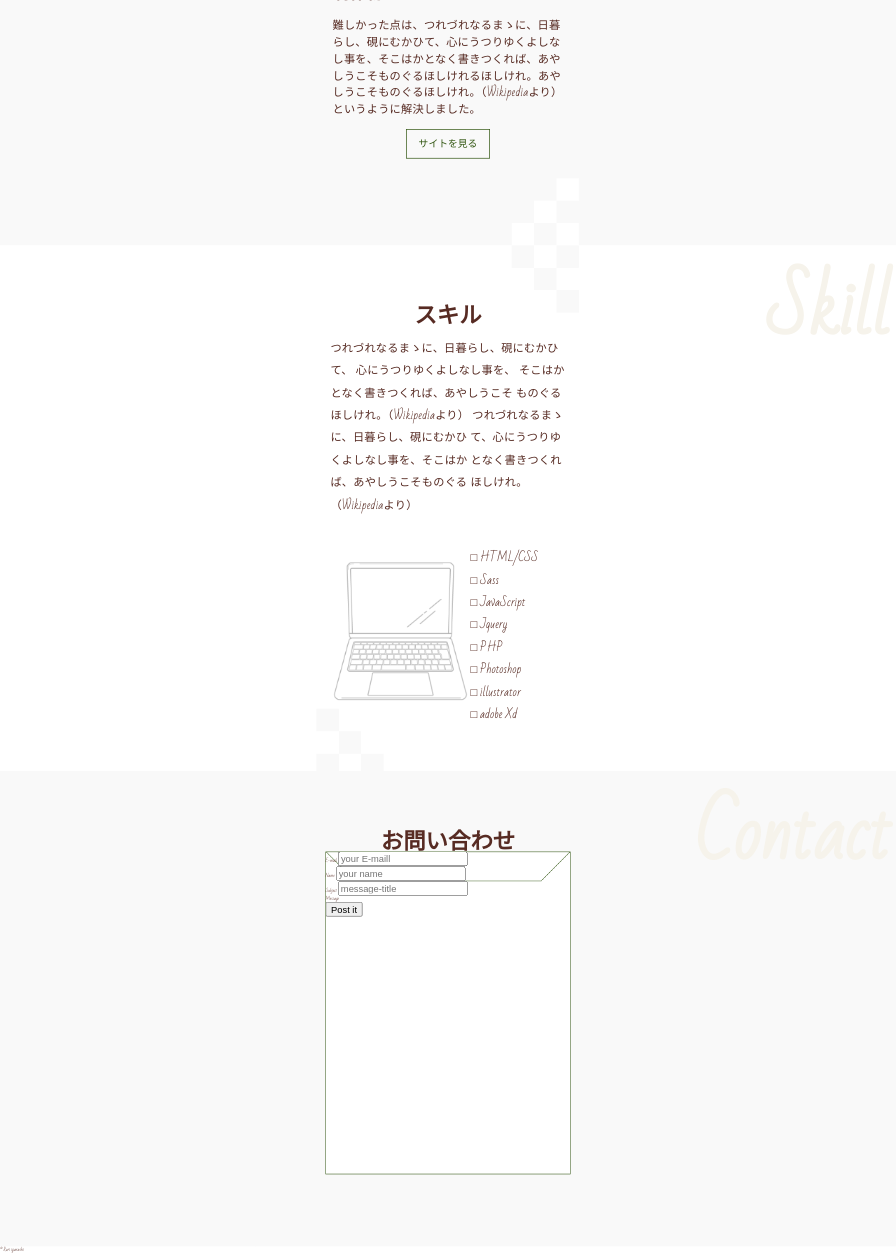
Repository: ppmp556/igarashi.kakuu
Page: index.html
These files come from the project's save history. The page is drawn as it stood at one moment and after the next save; the edit follows.
The browser window is 1280 px wide. The pictures show the part of the page from y = 3391 to 5311 px (the page is 5181 px tall before and 5311 px after), at 70% of full size.
Some web libraries are served in a nearby version. The style sheet was rebuilt from its Sass, Less or Tailwind sources for each picture, by a compiler version that may differ from the author's.

Above is the page before, as saved 2020-10-28 10:25:04.
Console error: ReferenceError: $ is not defined

After the next save:
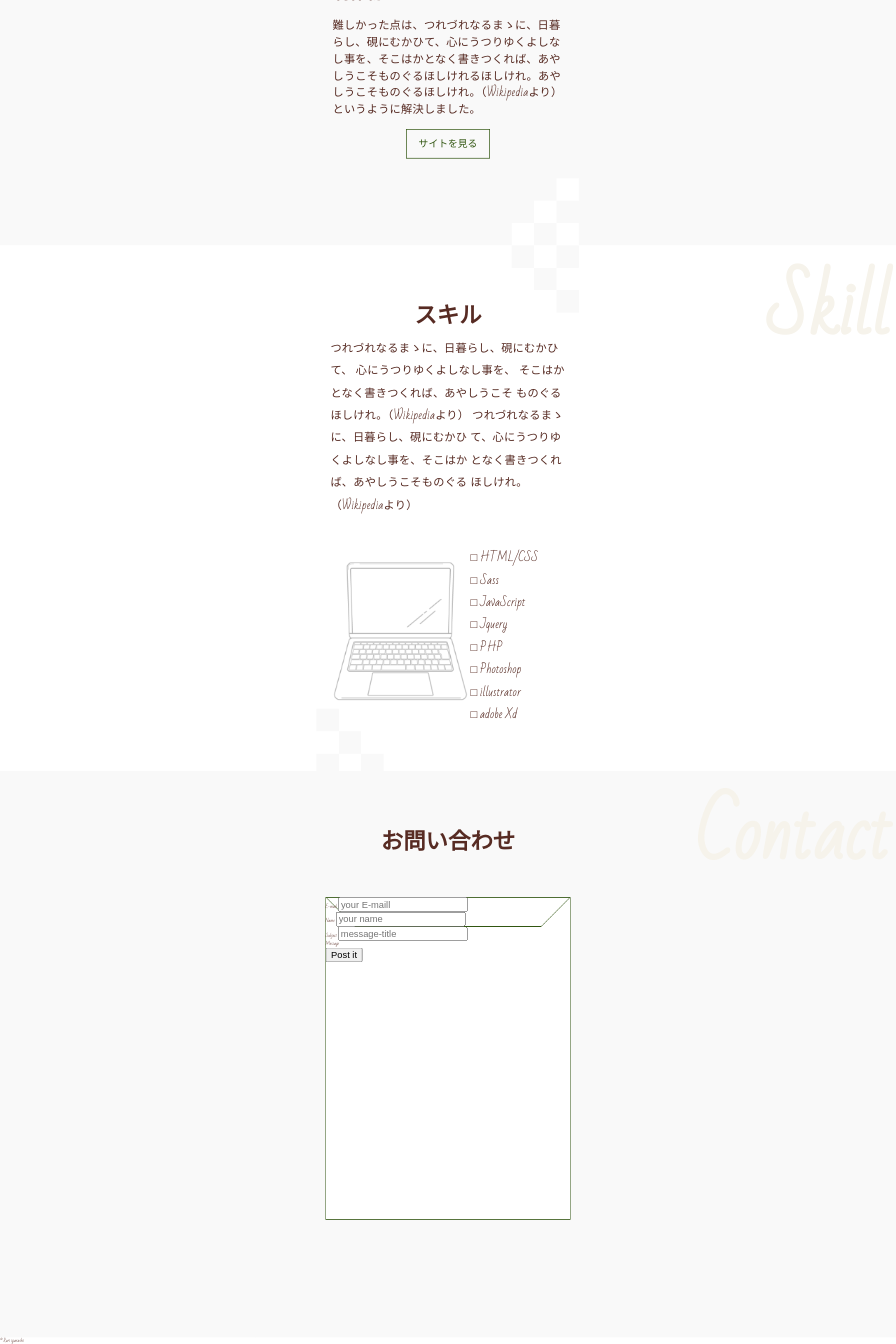
Saved 49 s later.
--- a/scss/style.scss
+++ b/scss/style.scss
@@ -779,7 +779,7 @@ contact
         background: url(../images/cotact564/564.png) no-repeat;
         width: 350px;
         height: 500px;
-        margin: 0 auto;
+        margin: 65px auto;
         background-size: contain;
         // background-size: cover;
     }
